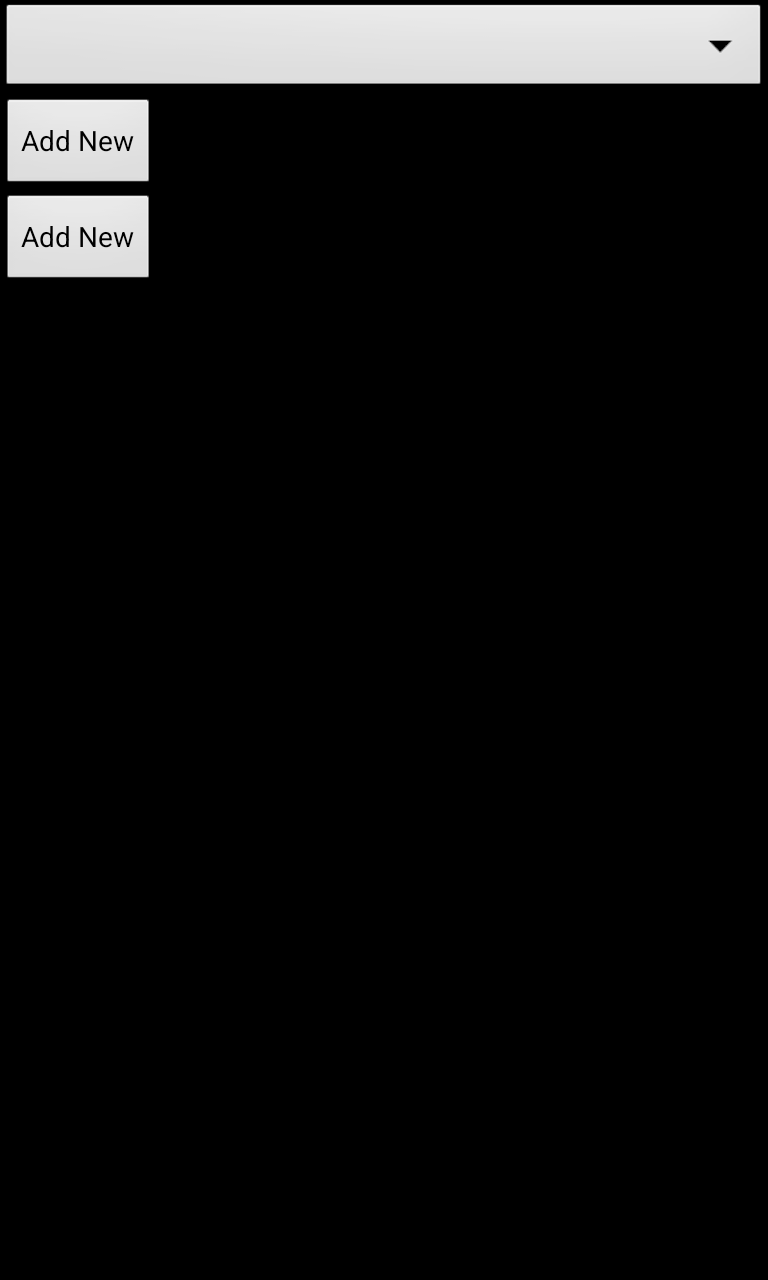
Repository: nuces-acm/DevFest-12-Team-9
Layout: data/Eclipse Workspace of android/Devfest/DCSClientApp/res/layout/submitatest.xml
An editor plug-in stored every save of this project. The layout is shown before and after the next save, followed by the edit.
It is drawn on a 768 x 1280 px phone screen (xhdpi) without system bars, with theme android:Theme; the app's code is not run.

Above is the layout before, as saved 2012-03-31 23:32:34.

### data/Eclipse Workspace of android/Devfest/DCSClientApp/res/layout/submitatest.xml
<?xml version="1.0" encoding="utf-8"?>
<LinearLayout xmlns:android="http://schemas.android.com/apk/res/android"
    android:id="@+id/linear"
    android:layout_width="match_parent"
    android:layout_height="match_parent"
    android:orientation="vertical" >

    <Spinner
        android:id="@+id/spinner"
        android:layout_width="match_parent"
        android:layout_height="wrap_content" />

    <Button
        android:id="@+id/addButton"
        android:layout_width="wrap_content"
        android:layout_height="wrap_content"
        android:text="Add New" />

    <Button
        android:id="@+id/addButton"
        android:layout_width="wrap_content"
        android:layout_height="wrap_content"
        android:text="Add New" />


</LinearLayout>

After the next save:
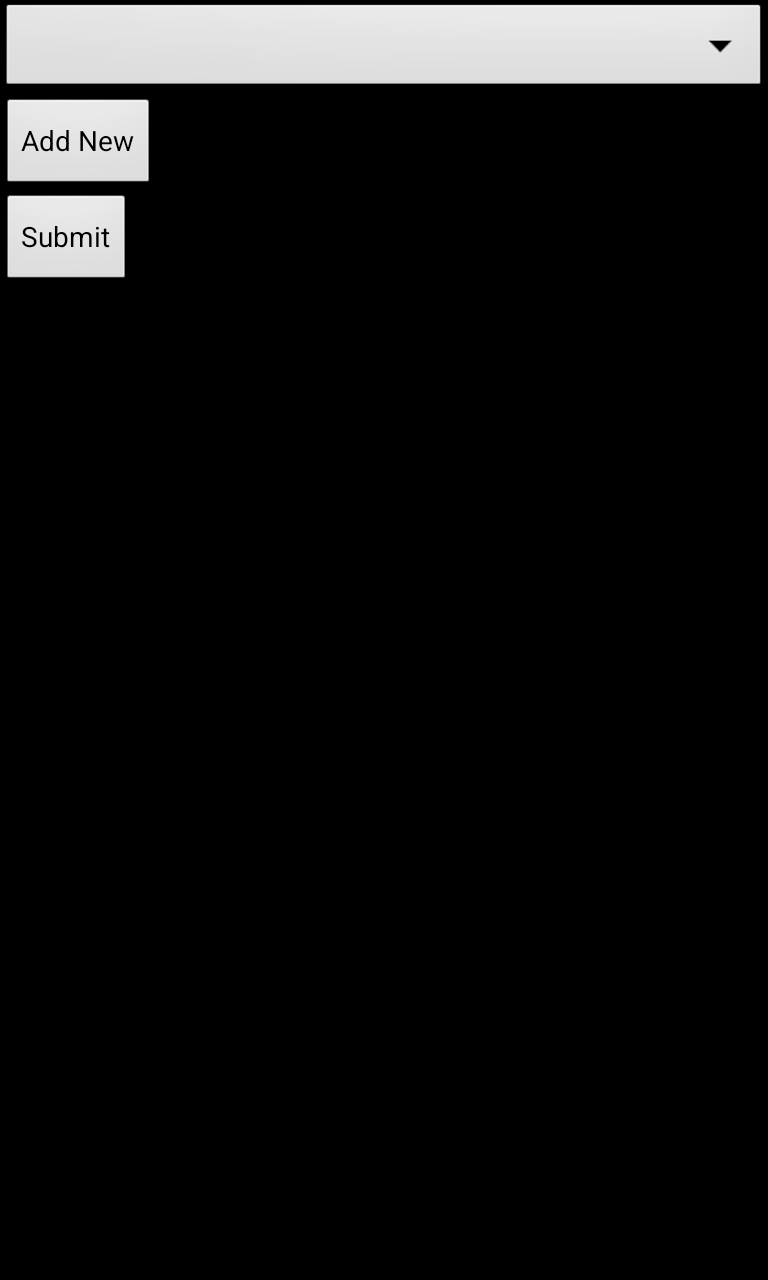
Saved 28 s later.
--- a/data/Eclipse Workspace of android/Devfest/DCSClientApp/res/layout/submitatest.xml
+++ b/data/Eclipse Workspace of android/Devfest/DCSClientApp/res/layout/submitatest.xml
@@ -17,10 +17,10 @@
         android:text="Add New" />
 
     <Button
-        android:id="@+id/addButton"
+        android:id="@+id/submitButton"
         android:layout_width="wrap_content"
         android:layout_height="wrap_content"
-        android:text="Add New" />
+        android:text="Submit" />
 
 
 </LinearLayout>
